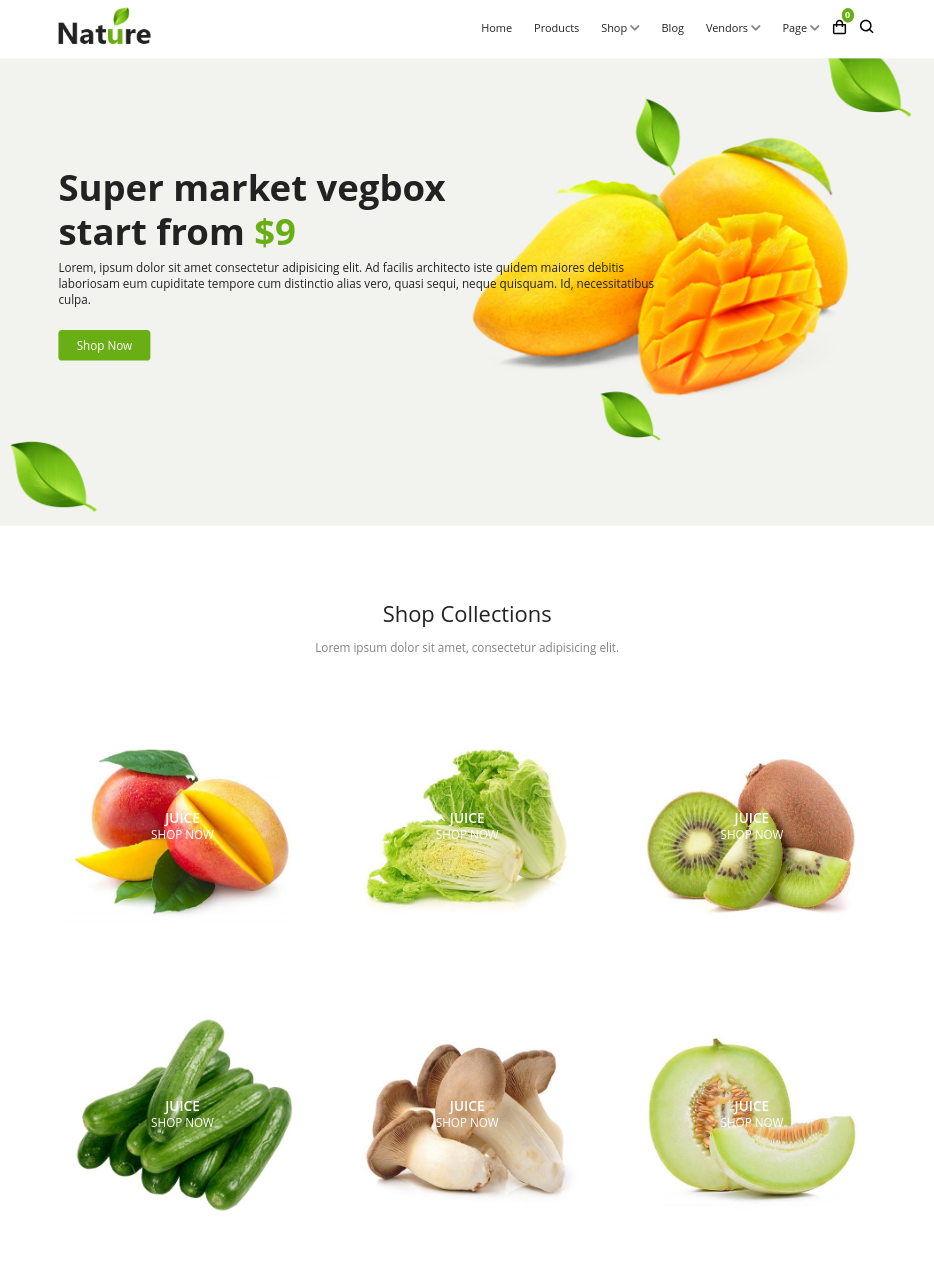
Repository: hoanggiainfomation/hoanggiainfomation.github.io
Page: index.html
An editor plug-in stored every save of this project. The page is shown before and after the next save, followed by the edit.
The browser window is 1280 px wide. The pictures show the whole page, at 73% of full size.
Some web libraries are served in a nearby version.

Above is the page before, as saved 2021-08-17 20:16:17.

After the next save:
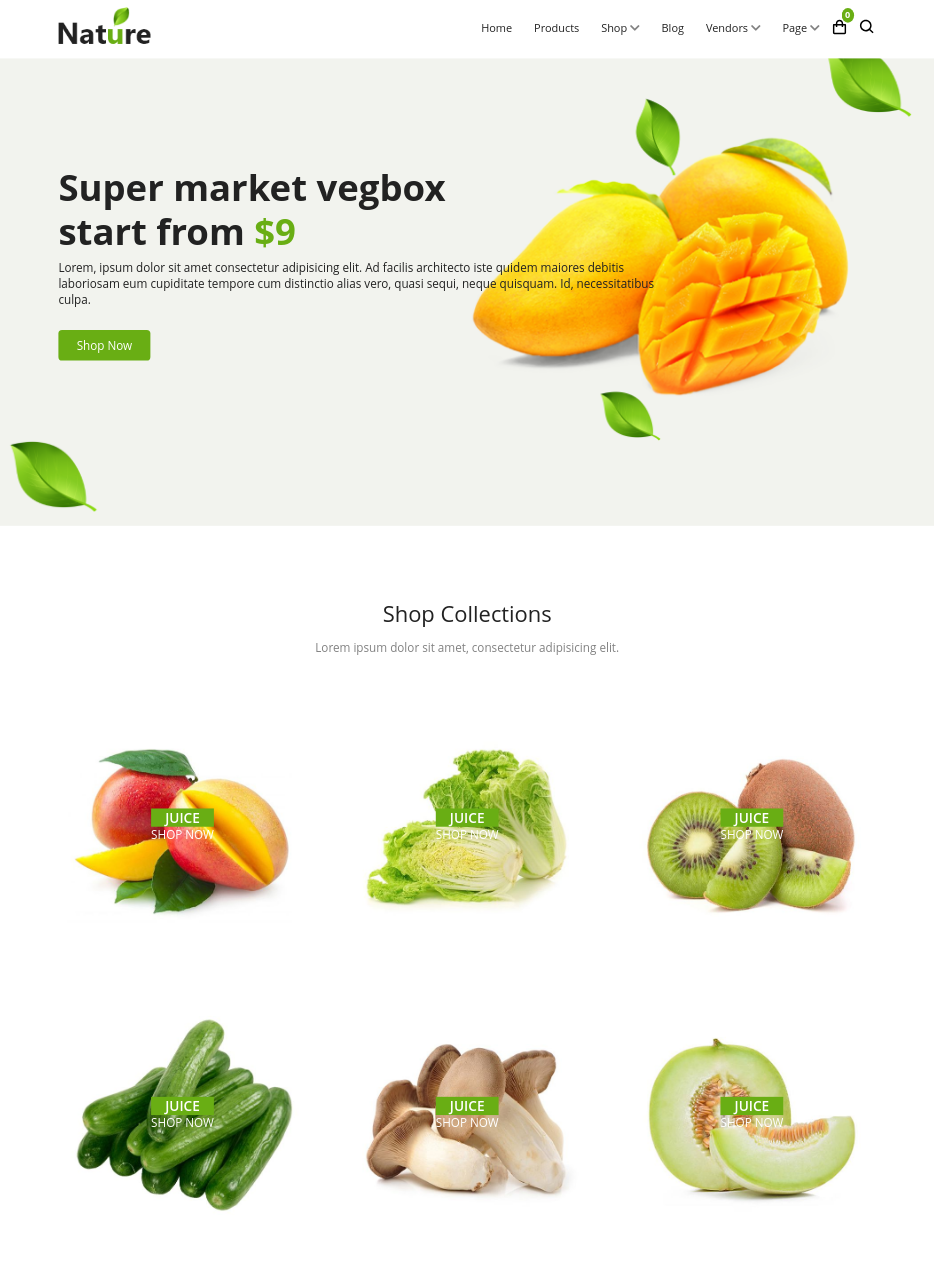
Saved 38 s later.
--- a/styles.css
+++ b/styles.css
@@ -577,3 +577,6 @@ section .title span {
   text-align: center;
   z-index: 3;
 }
+.collection-content h3 {
+  background-color: var(--primary);
+}
